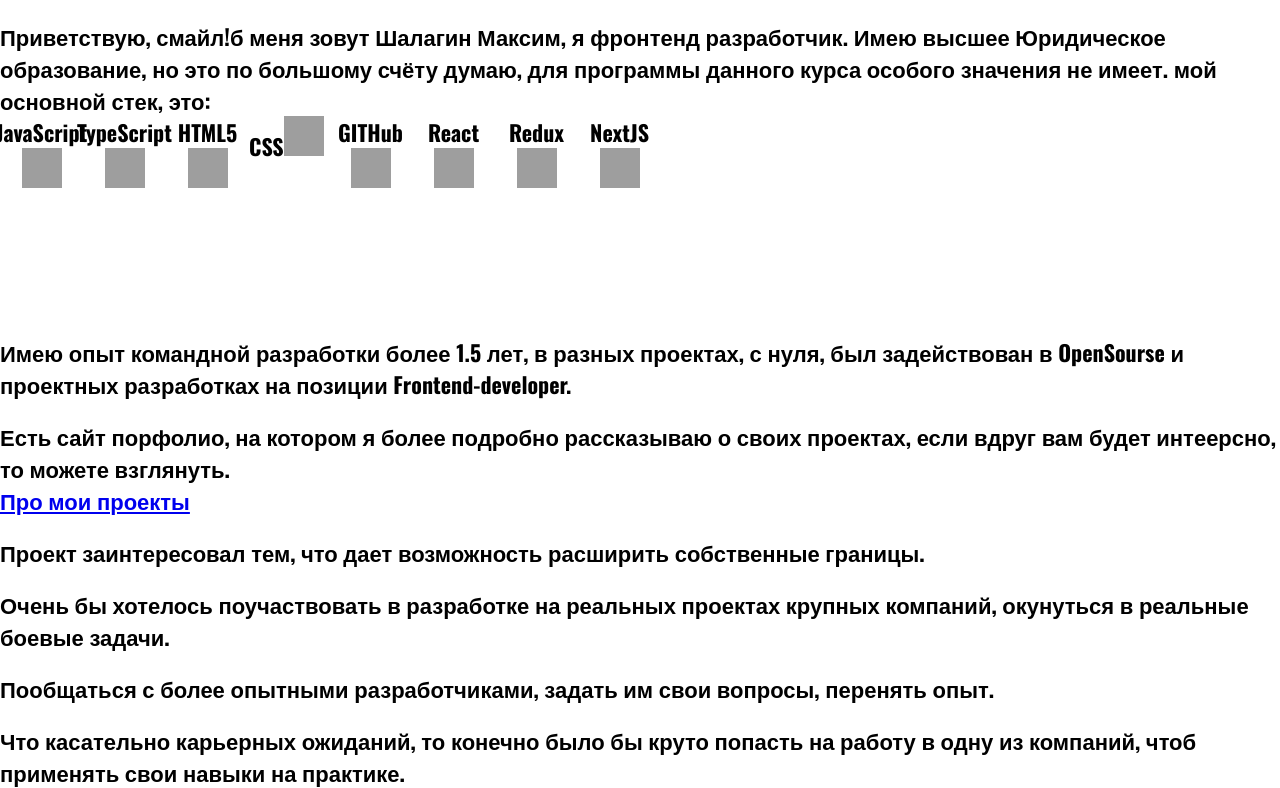
Repository: ni4egonepridumal/letter
Page: index.html
These files come from the project's save history. The page is drawn as it stood at one moment and after the next save; the edit follows.
The browser window is 1280 px wide. The pictures show the whole page.
Pictures or frames that could not be fetched are drawn as grey boxes.

Above is the page before, as saved 2024-01-18 17:32:22.

After the next save:
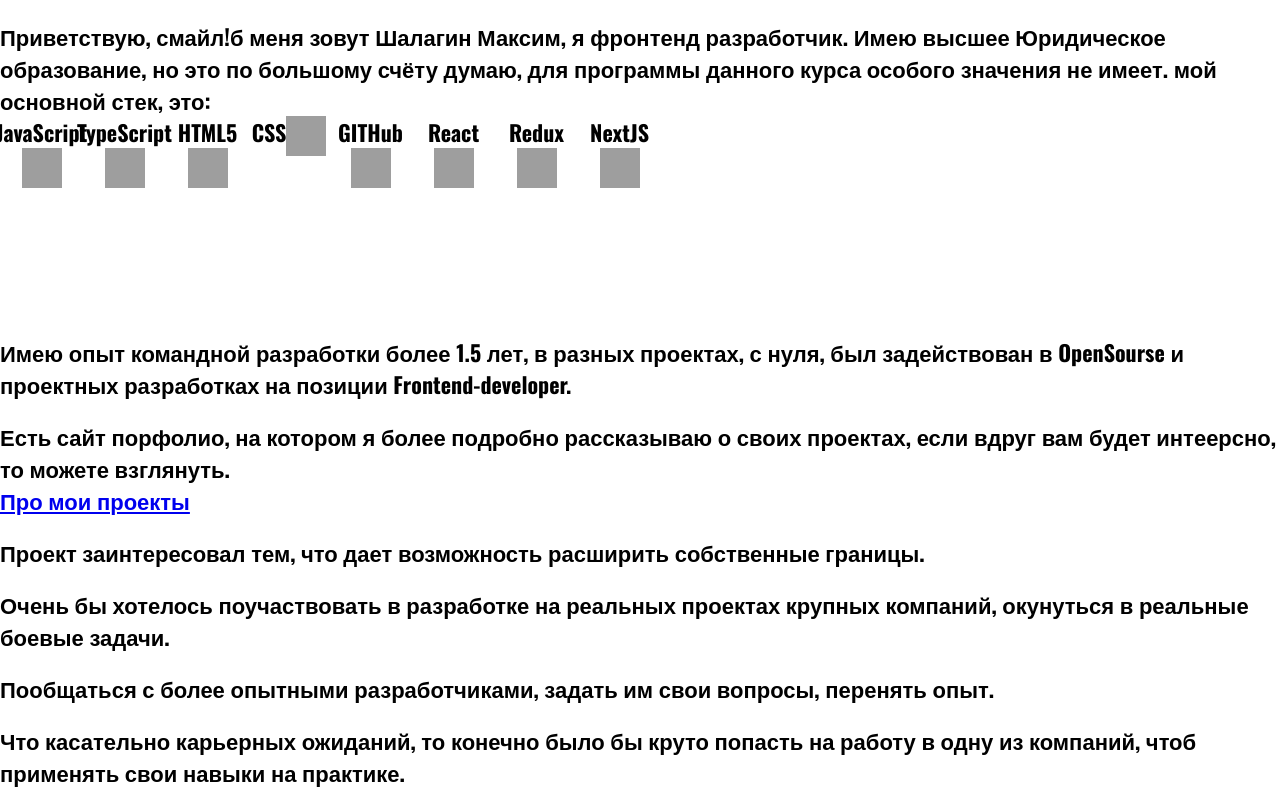
Saved 15 s later.
--- a/style.css
+++ b/style.css
@@ -28,4 +28,7 @@ p {
 }
 .img_css {
   width: 80px;
+  display: flex;
+  justify-content: center;
+  flex-wrap: wrap;
 }
